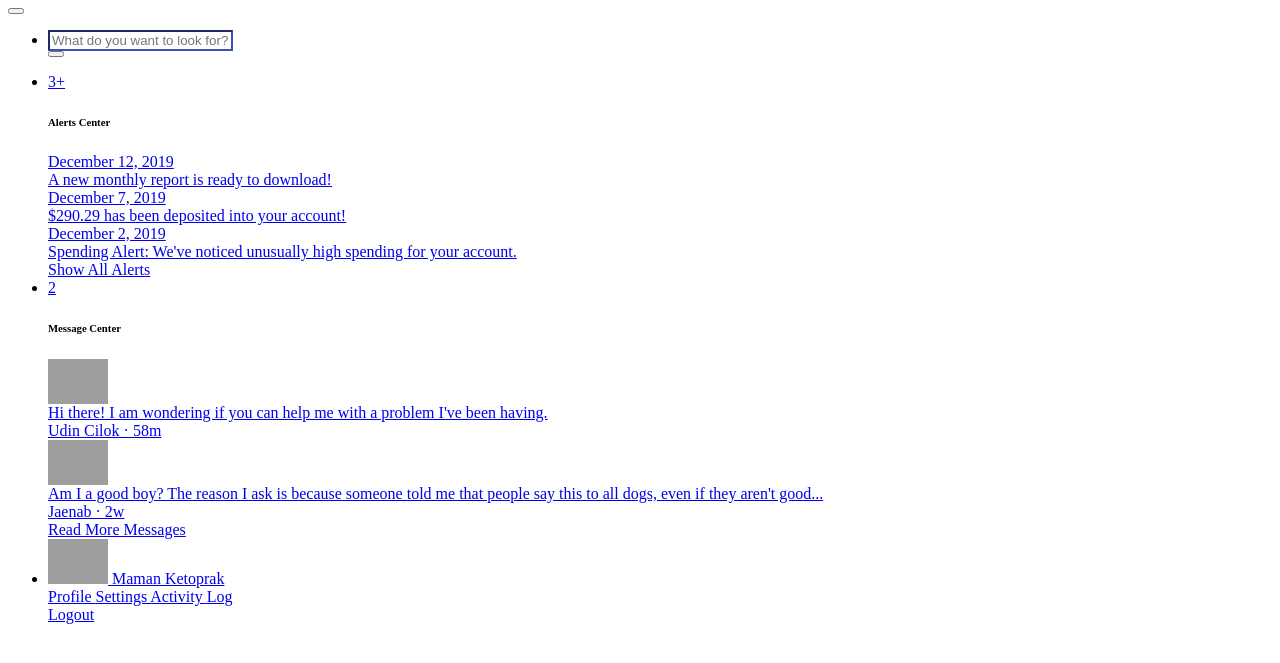
Repository: TranHuynhVu/Shop-Gi-y
Page: http://localhost/shopgiay-jsp-servlet/common/admin/header.jsp
These files come from the project's save history. The page is drawn as it stood at one moment and after the next save; the edit follows.
The browser window is 1280 px wide. The pictures show the whole page.
Pictures or frames that could not be fetched are drawn as grey boxes. The page is served by Tomcat 9. Nobody is signed in. The application's start-up code is not run. Other server files are loaded and not shown.

Above is the page before, as saved 2024-05-13 14:09:39.

### java-jsp-servlet/shopgiay-jsp-servlet/src/main/webapp/common/admin/header.jsp
<%@ page language="java" contentType="text/html; charset=UTF-8"
	pageEncoding="UTF-8"%>
<!-- TopBar -->
        <nav class="navbar navbar-expand navbar-light bg-navbar topbar mb-4 static-top">
          <button id="sidebarToggleTop" class="btn btn-link rounded-circle mr-3">
            <i class="fa fa-bars"></i>
          </button>
          <ul class="navbar-nav ml-auto">
            <li class="nav-item dropdown no-arrow">
              <a class="nav-link dropdown-toggle" href="#" id="searchDropdown" role="button" data-toggle="dropdown"
                aria-haspopup="true" aria-expanded="false">
                <i class="fas fa-search fa-fw"></i>
              </a>
              <div class="dropdown-menu dropdown-menu-right p-3 shadow animated--grow-in"
                aria-labelledby="searchDropdown">
                <form class="navbar-search">
                  <div class="input-group">
                    <input type="text" class="form-control bg-light border-1 small" placeholder="What do you want to look for?"
                      aria-label="Search" aria-describedby="basic-addon2" style="border-color: #3f51b5;">
                    <div class="input-group-append">
                      <button class="btn btn-primary" type="button">
                        <i class="fas fa-search fa-sm"></i>
                      </button>
                    </div>
                  </div>
                </form>
              </div>
            </li>
            <li class="nav-item dropdown no-arrow mx-1">
              <a class="nav-link dropdown-toggle" href="#" id="alertsDropdown" role="button" data-toggle="dropdown"
                aria-haspopup="true" aria-expanded="false">
                <i class="fas fa-bell fa-fw"></i>
                <span class="badge badge-danger badge-counter">3+</span>
              </a>
              <div class="dropdown-list dropdown-menu dropdown-menu-right shadow animated--grow-in"
                aria-labelledby="alertsDropdown">
                <h6 class="dropdown-header">
                  Alerts Center
                </h6>
                <a class="dropdown-item d-flex align-items-center" href="#">
                  <div class="mr-3">
                    <div class="icon-circle bg-primary">
                      <i class="fas fa-file-alt text-white"></i>
                    </div>
                  </div>
                  <div>
                    <div class="small text-gray-500">December 12, 2019</div>
                    <span class="font-weight-bold">A new monthly report is ready to download!</span>
                  </div>
                </a>
                <a class="dropdown-item d-flex align-items-center" href="#">
                  <div class="mr-3">
                    <div class="icon-circle bg-success">
                      <i class="fas fa-donate text-white"></i>
                    </div>
                  </div>
                  <div>
                    <div class="small text-gray-500">December 7, 2019</div>
                    $290.29 has been deposited into your account!
                  </div>
                </a>
                <a class="dropdown-item d-flex align-items-center" href="#">
                  <div class="mr-3">
                    <div class="icon-circle bg-warning">
                      <i class="fas fa-exclamation-triangle text-white"></i>
                    </div>
                  </div>
                  <div>
                    <div class="small text-gray-500">December 2, 2019</div>
                    Spending Alert: We've noticed unusually high spending for your account.
                  </div>
                </a>
                <a class="dropdown-item text-center small text-gray-500" href="#">Show All Alerts</a>
              </div>
            </li>
            <li class="nav-item dropdown no-arrow mx-1">
              <a class="nav-link dropdown-toggle" href="#" id="messagesDropdown" role="button" data-toggle="dropdown"
                aria-haspopup="true" aria-expanded="false">
                <i class="fas fa-envelope fa-fw"></i>
                <span class="badge badge-warning badge-counter">2</span>
              </a>
              <div class="dropdown-list dropdown-menu dropdown-menu-right shadow animated--grow-in"
                aria-labelledby="messagesDropdown">
                <h6 class="dropdown-header">
                  Message Center
                </h6>
                <a class="dropdown-item d-flex align-items-center" href="#">
                  <div class="dropdown-list-image mr-3">
                    <img class="rounded-circle" src="img/man.png" style="max-width: 60px" alt="">
                    <div class="status-indicator bg-success"></div>
                  </div>
                  <div class="font-weight-bold">
                    <div class="text-truncate">Hi there! I am wondering if you can help me with a problem I've been
                      having.</div>
                    <div class="small text-gray-500">Udin Cilok · 58m</div>
                  </div>
                </a>
                <a class="dropdown-item d-flex align-items-center" href="#">
                  <div class="dropdown-list-image mr-3">
                    <img class="rounded-circle" src="img/girl.png" style="max-width: 60px" alt="">
                    <div class="status-indicator bg-default"></div>
                  </div>
                  <div>
                    <div class="text-truncate">Am I a good boy? The reason I ask is because someone told me that people
                      say this to all dogs, even if they aren't good...</div>
                    <div class="small text-gray-500">Jaenab · 2w</div>
                  </div>
                </a>
                <a class="dropdown-item text-center small text-gray-500" href="#">Read More Messages</a>
              </div>
            </li>

            <div class="topbar-divider d-none d-sm-block"></div>
            <li class="nav-item dropdown no-arrow">
              <a class="nav-link dropdown-toggle" href="#" id="userDropdown" role="button" data-toggle="dropdown"
                aria-haspopup="true" aria-expanded="false">
                <img class="img-profile rounded-circle" src="<c:url value='/Images/Shoe image/Nike Air Force 1 07 LV8/air-force-1-07-lv8-6.png'/>" style="max-width: 60px">
                <span class="ml-2 d-none d-lg-inline text-white small">Maman Ketoprak</span>
              </a>
              <div class="dropdown-menu dropdown-menu-right shadow animated--grow-in" aria-labelledby="userDropdown">
                <a class="dropdown-item" href="#">
                  <i class="fas fa-user fa-sm fa-fw mr-2 text-gray-400"></i>
                  Profile
                </a>
                <a class="dropdown-item" href="#">
                  <i class="fas fa-cogs fa-sm fa-fw mr-2 text-gray-400"></i>
                  Settings
                </a>
                <a class="dropdown-item" href="#">
                  <i class="fas fa-list fa-sm fa-fw mr-2 text-gray-400"></i>
                  Activity Log
                </a>
                <div class="dropdown-divider"></div>
                <a class="dropdown-item" href="javascript:void(0);" data-toggle="modal" data-target="#logoutModal">
                  <i class="fas fa-sign-out-alt fa-sm fa-fw mr-2 text-gray-400"></i>
                  Logout
                </a>
              </div>
            </li>
          </ul>
        </nav>
        <!-- Topbar -->

After the next save:
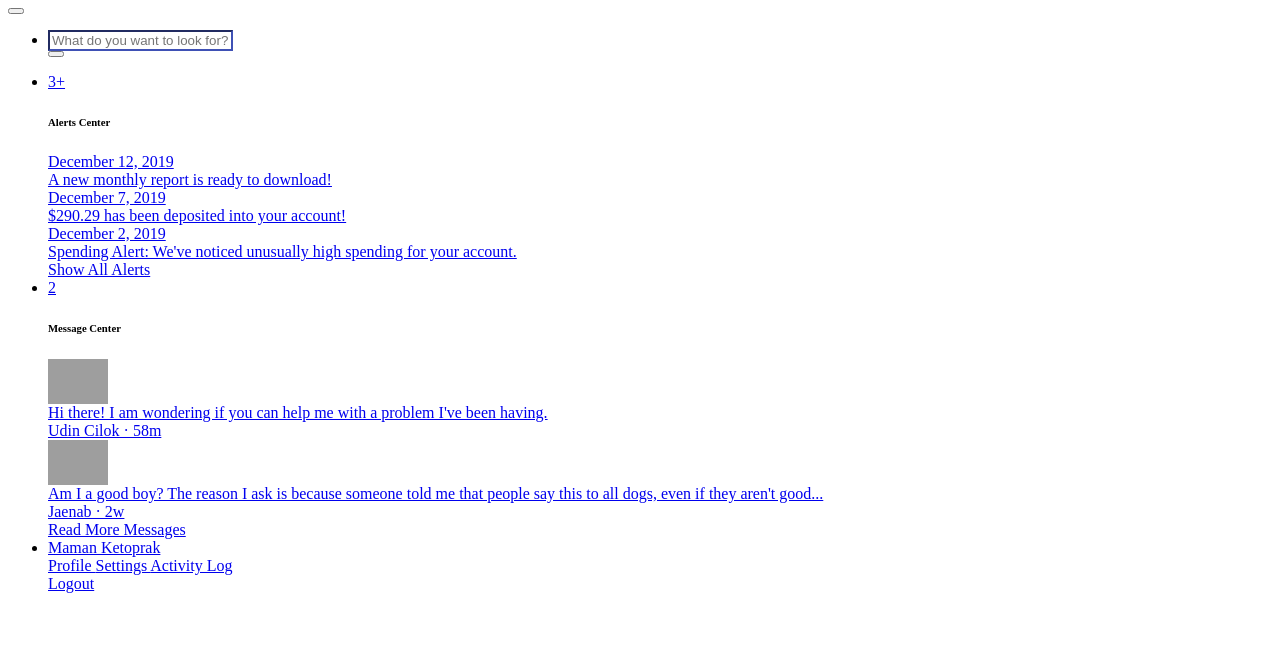
Saved 111 s later.
--- a/java-jsp-servlet/shopgiay-jsp-servlet/src/main/webapp/common/admin/header.jsp
+++ b/java-jsp-servlet/shopgiay-jsp-servlet/src/main/webapp/common/admin/header.jsp
@@ -114,7 +114,7 @@
             <li class="nav-item dropdown no-arrow">
               <a class="nav-link dropdown-toggle" href="#" id="userDropdown" role="button" data-toggle="dropdown"
                 aria-haspopup="true" aria-expanded="false">
-                <img class="img-profile rounded-circle" src="<c:url value='/Images/Shoe image/Nike Air Force 1 07 LV8/air-force-1-07-lv8-6.png'/>" style="max-width: 60px">
+                <div class="img-profile rounded-circle" style="max-width: 60px"><i class="fa-solid fa-user"></i></div>
                 <span class="ml-2 d-none d-lg-inline text-white small">Maman Ketoprak</span>
               </a>
               <div class="dropdown-menu dropdown-menu-right shadow animated--grow-in" aria-labelledby="userDropdown">
